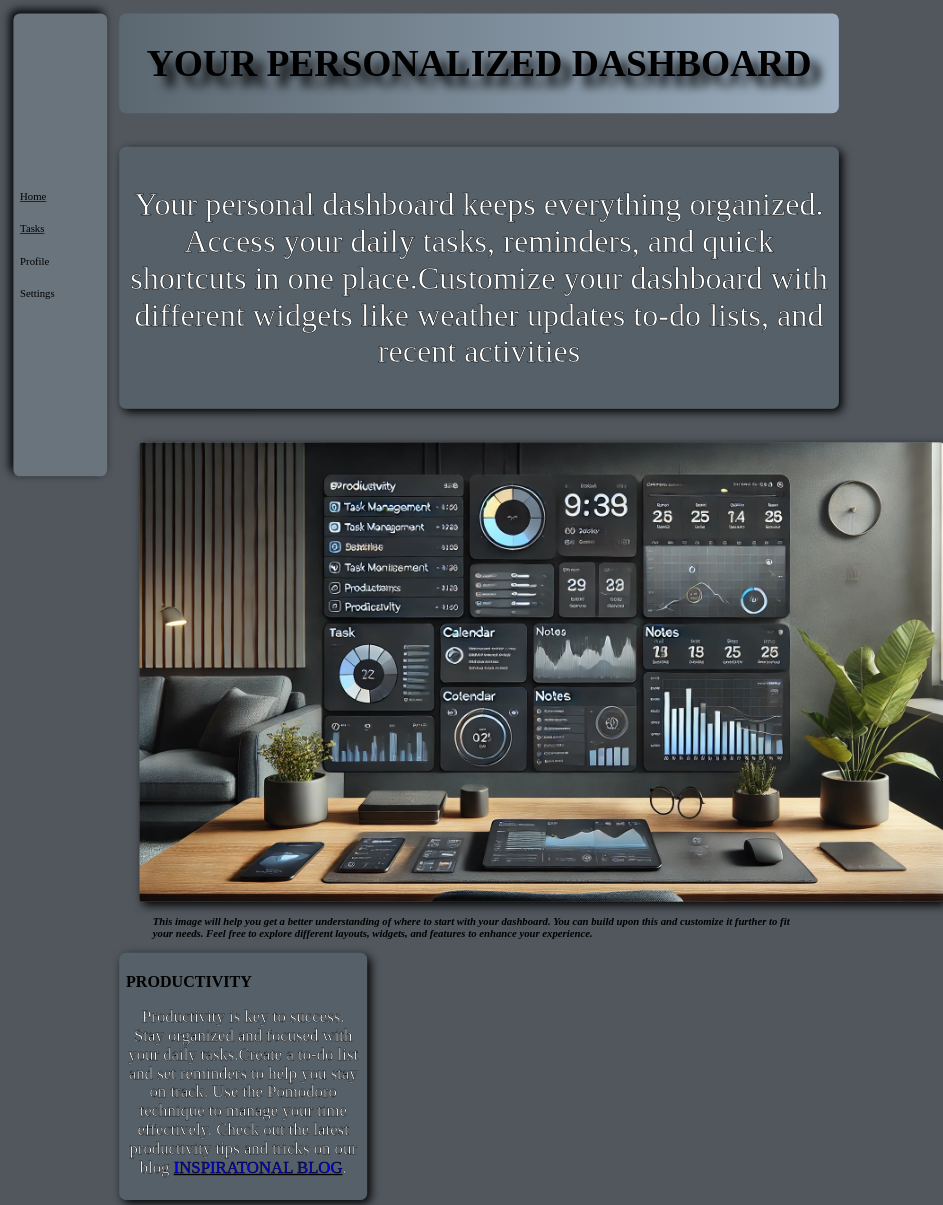
Repository: Parnicoza/testecomplete
Page: testcomplet-14.html
The author's editor kept a copy of each file at every save. The page is drawn from the files as they stood at one save, then again after the next save.
The browser window is 1280 px wide. The page is 1408 px wide, so the pictures cover 1408 px, including what lies to the right of the window. The pictures show the whole page, at 67% of full size.

Above is the page before, as saved 2025-02-28 13:41:52.

After the next save:
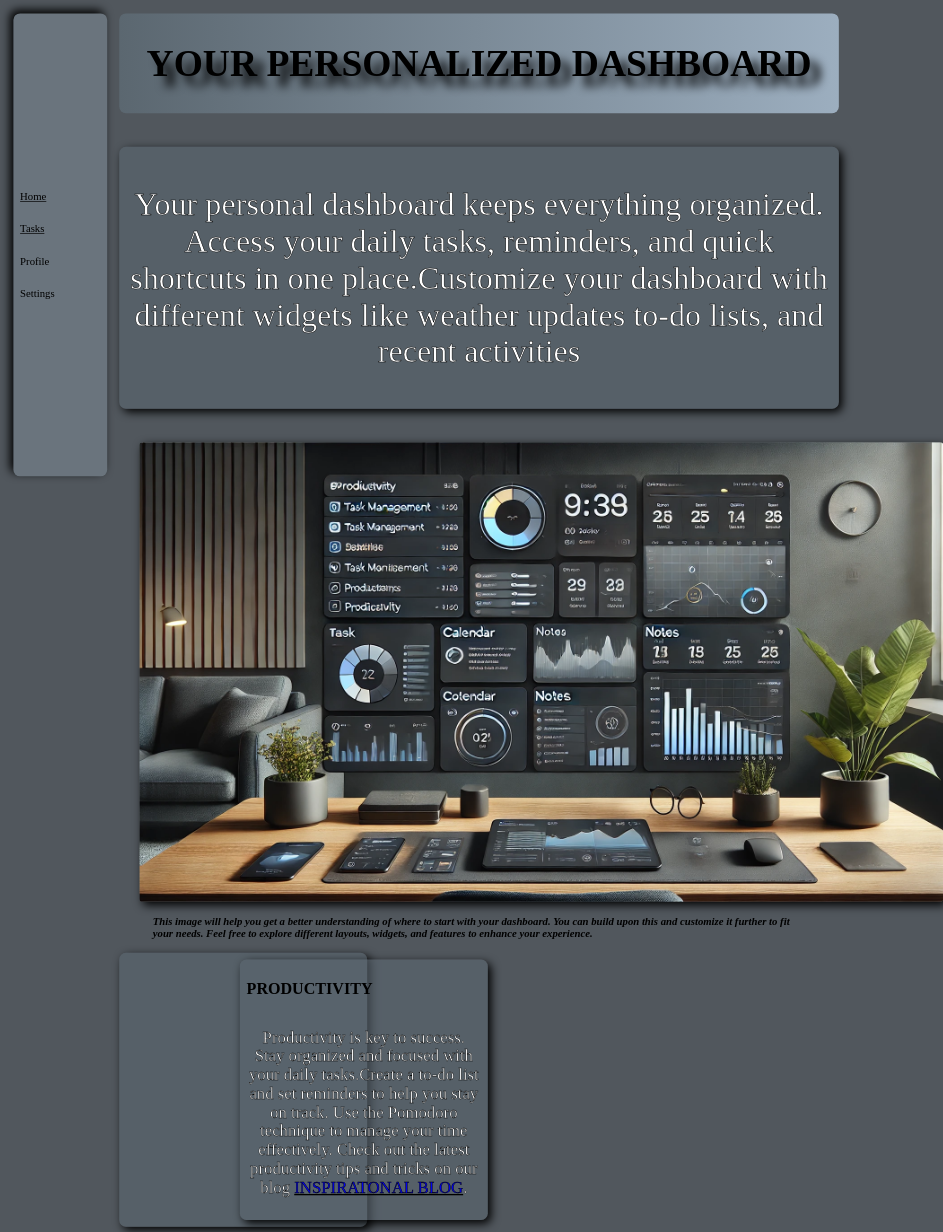
Saved 1 s later.
--- a/testcomplet-14.html
+++ b/testcomplet-14.html
@@ -48,12 +48,13 @@
     </div>
 
     <div class="blocks">
-        <div>
+        <div class="block1">
             <h2 class="headingforblock1">Productivity</h2>
             <p class="paragraph-gradient1">Productivity is key to success. Stay organized and focused with your daily tasks.Create a to-do list and set reminders to help you stay on track. Use the Pomodoro technique to manage your time effectively. Check out the latest productivity tips and tricks on our blog
                 <a href="https://blog.productivity.directory/" target="_blank" title="Press here to find more tips and tricks">INSPIRATONAL BLOG</a>.
             </p>
         </div>
+
     </div>
 </body>
 

After the save that followed:
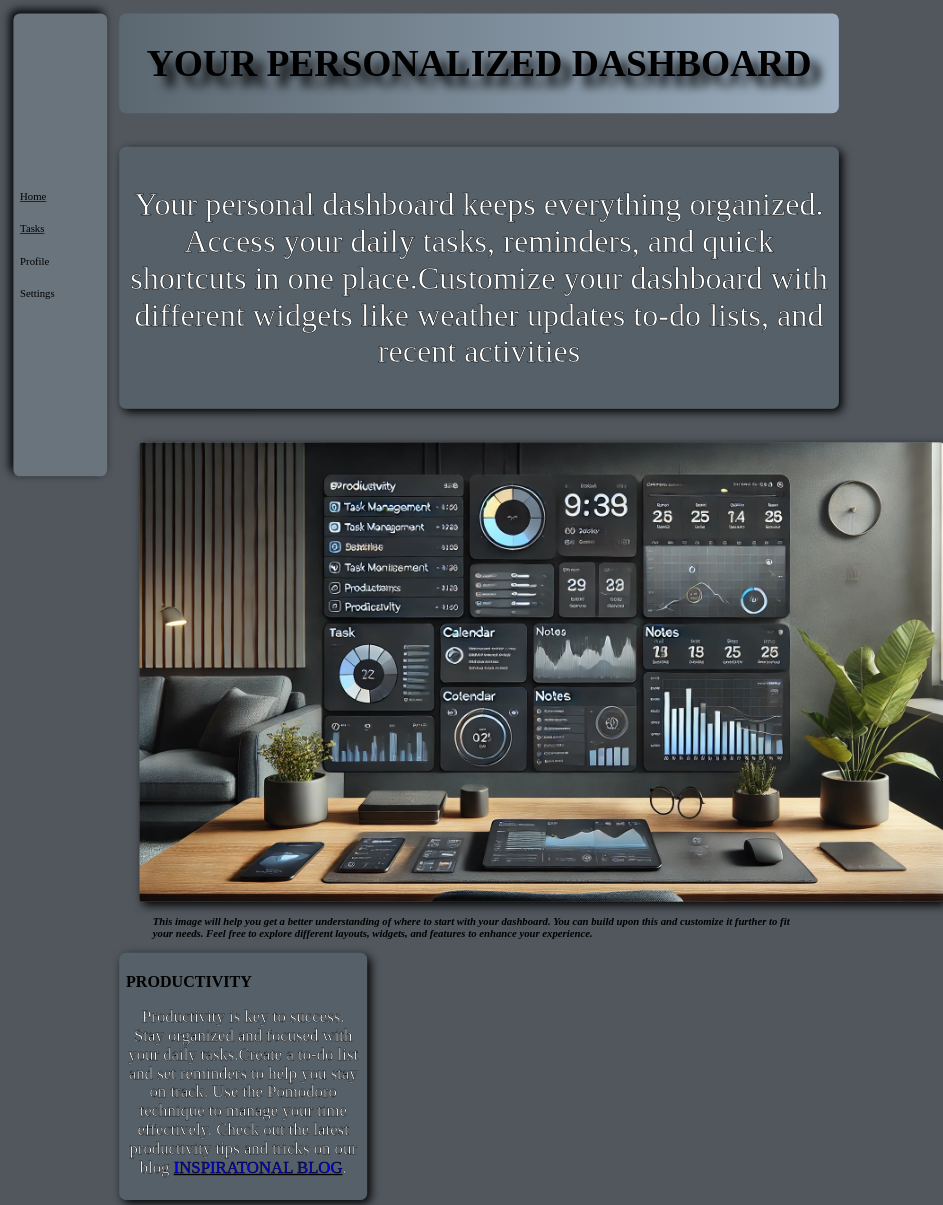
Saved 14 s later.
--- a/stilizaretestcomplet-14.css
+++ b/stilizaretestcomplet-14.css
@@ -140,13 +140,5 @@ background-color: rgba(91, 103, 112, 0.6);
 }
 
 .block1{
-    display: flex;
-flex-direction: column;
-justify-content: center;
-width: 350px;
-margin-left: 170px;
-background-color: rgba(91, 103, 112, 0.6);
-    box-shadow: 5px 5px 15px black;
-    border-radius: 10px;
-    padding: 10px;
+
 }
